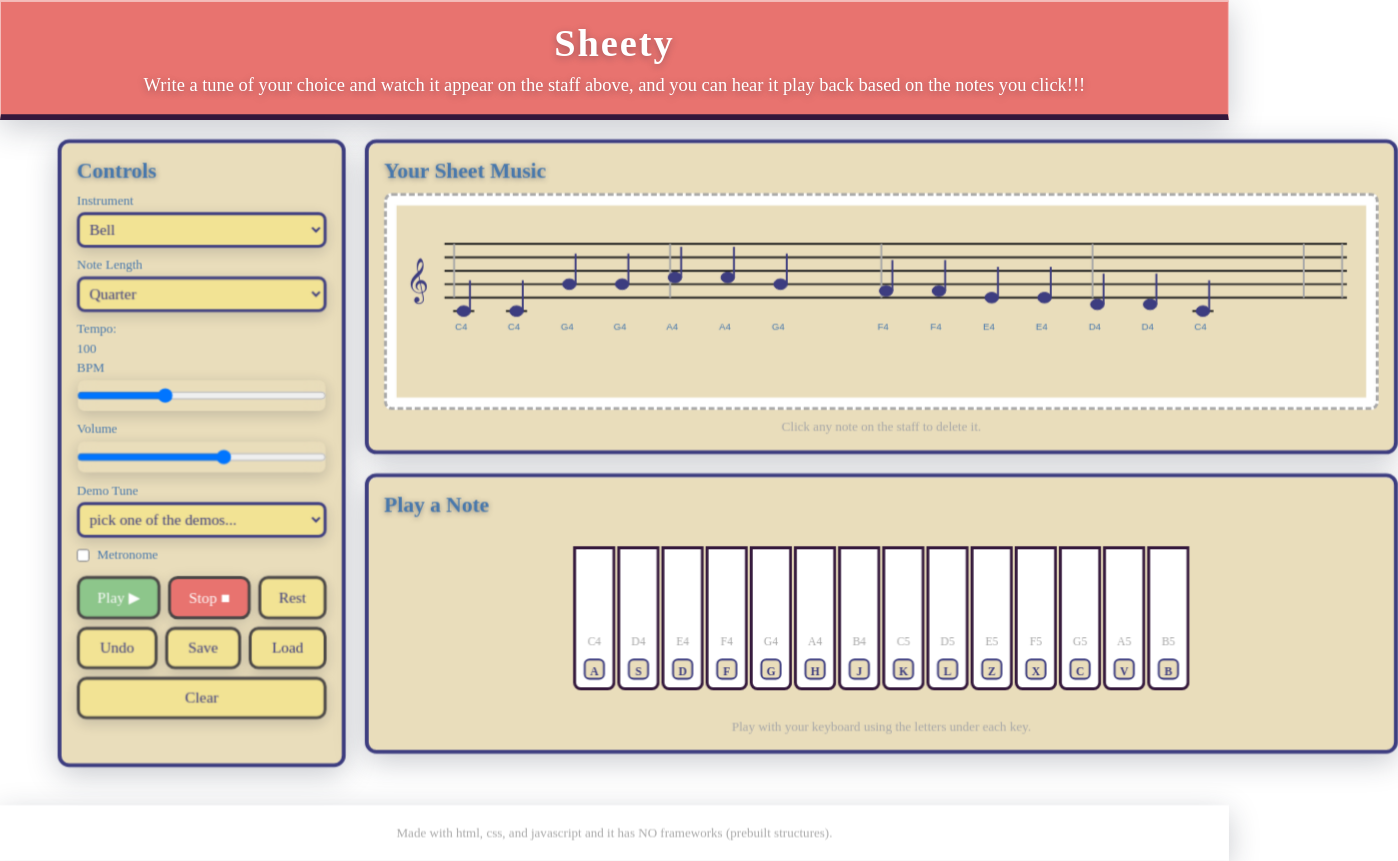
Repository: manayparikh1/sheety
Page: index.html
An editor plug-in stored every save of this project. The page is shown before and after the next save, followed by the edit.
The browser window is 1280 px wide. The page is 1456 px wide, so the pictures cover 1456 px, including what lies to the right of the window. The pictures show the whole page, at 96% of full size.

Above is the page before, as saved 2026-08-23 21:12:12.

After the next save:
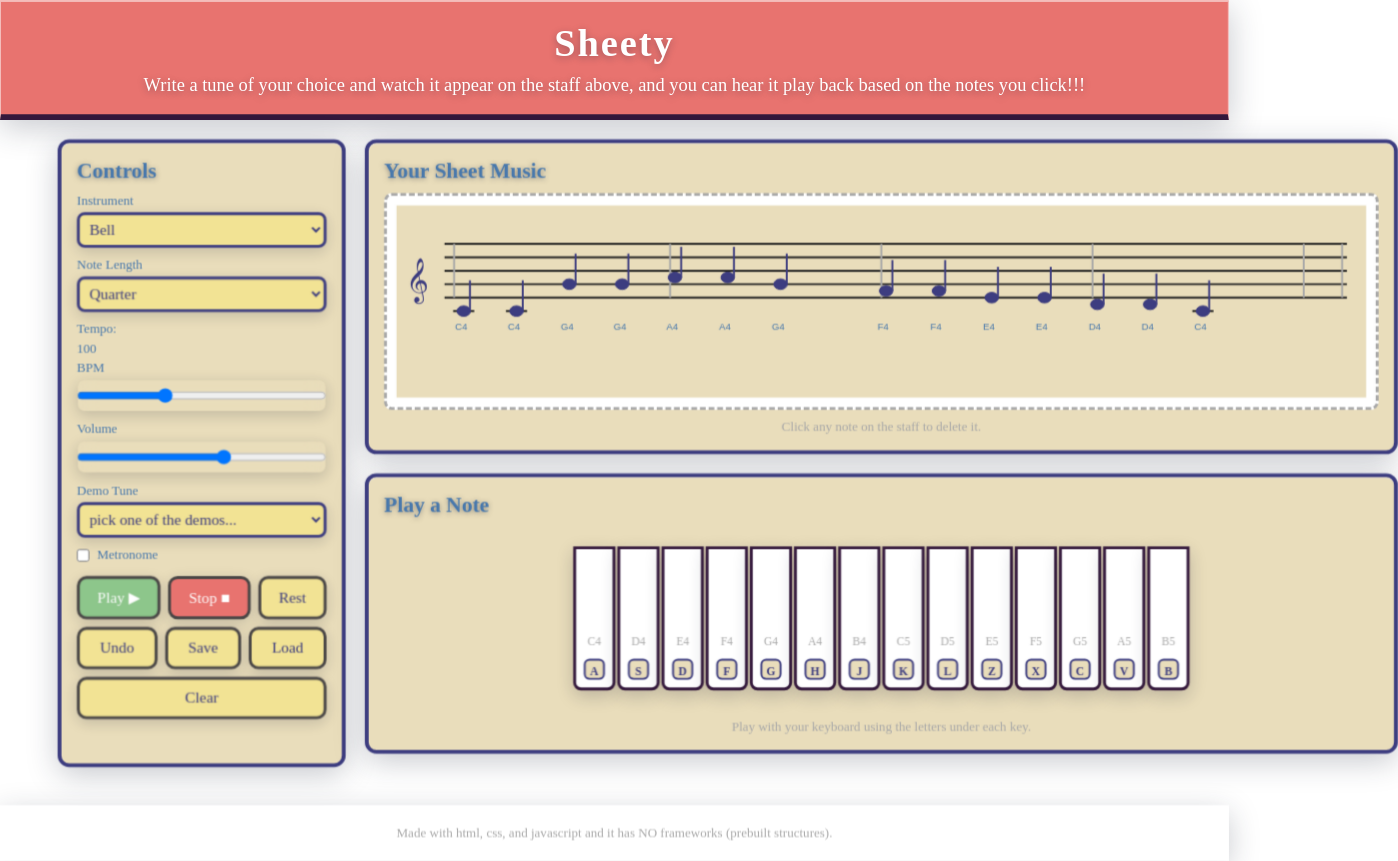
Saved 2 min 37 s later.
--- a/index.html
+++ b/index.html
@@ -162,9 +162,18 @@
             backdrop-filter: blur(12px);
             border: 1px solid var(--edge);
             border-top: none;
-            box-shadow: 0 6px (1rem+2)
-        }
-
+            box-shadow: 0 6px 18px rgba(31, 38, 60, .22);
+            inset 0 -1px 0 rgba(255, 255, 255, .4);
+            color: var(--paper);
+        }
+
+        .white-key .pitch-label {
+            color: rgba(255, 255, 255, .8);
+        }
+
+        .white-key:hover {
+            background: rgba(255, 255, 255, .55);
+        }
 
         select,
         input[type="range"] {
